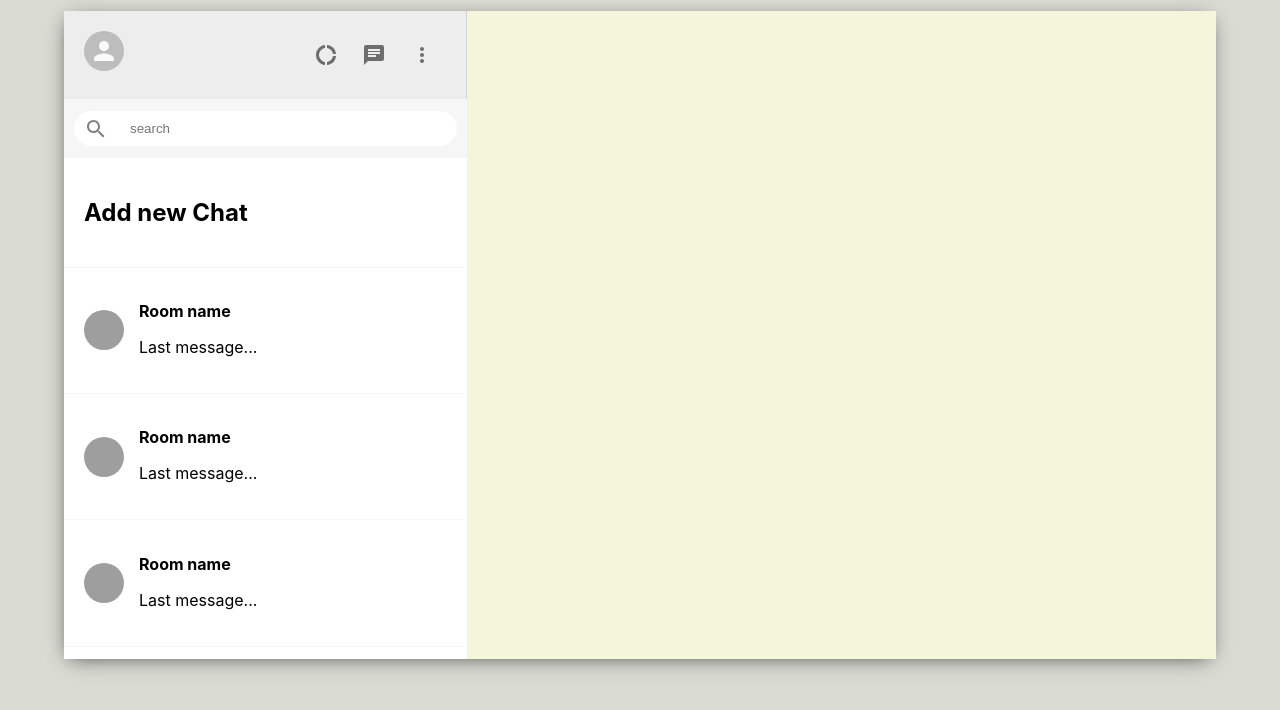
Repository: om1ars/functinal-chat
Page: /
An editor plug-in stored every save of this project. The page is shown before and after the next save, followed by the edit.
The browser window is 1280 px wide. The pictures show the whole page.
Pictures or frames that could not be fetched are drawn as grey boxes. The project was rebuilt for these pictures with package versions that can differ from the ones it lists, and the page was loaded fresh each time.

Above is the page before, as saved 2021-11-22 14:19:53.

After the next save:
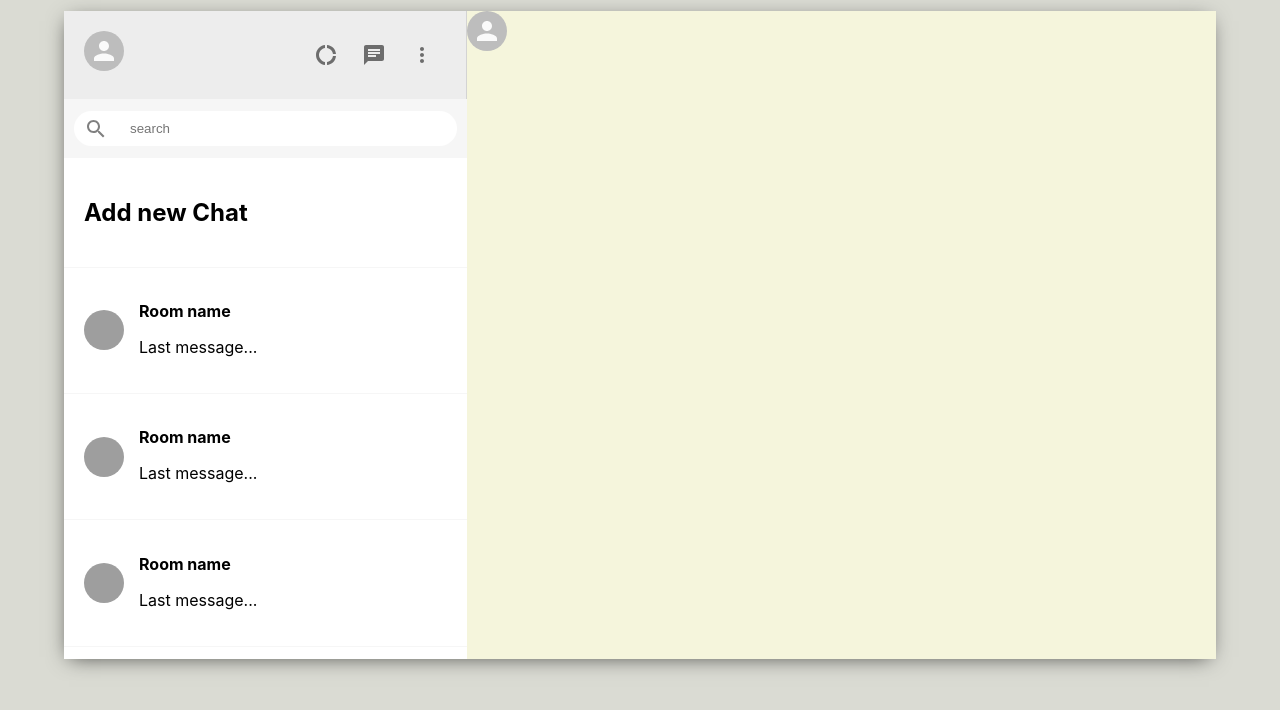
Saved 13 s later.
--- a/src/components/Chat.js
+++ b/src/components/Chat.js
@@ -1,10 +1,13 @@
+import { Avatar } from "@material-ui/core";
 import React from "react";
 import "./Chat.css";
 
 export default function Chat() {
   return (
     <div className="chat">
-      <div className="chat__header"></div>
+      <div className="chat__header">
+          <Avatar />
+      </div>
       <div className="chat__body"></div>
       <div className="chat__footer"></div>
     </div>
